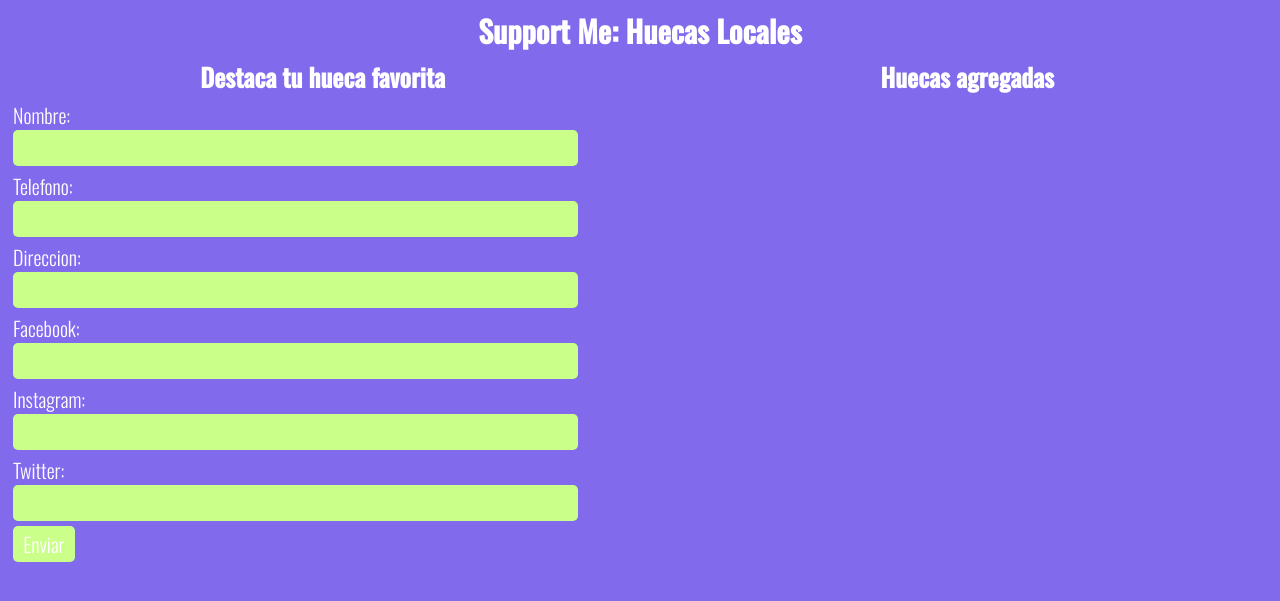
Repository: renzopachecoj/huecas-website
Page: index.html
An editor plug-in stored every save of this project. The page is shown before and after the next save, followed by the edit.
The browser window is 1280 px wide. The pictures show the whole page.

Above is the page before, as saved 2020-08-01 15:39:29.

After the next save:
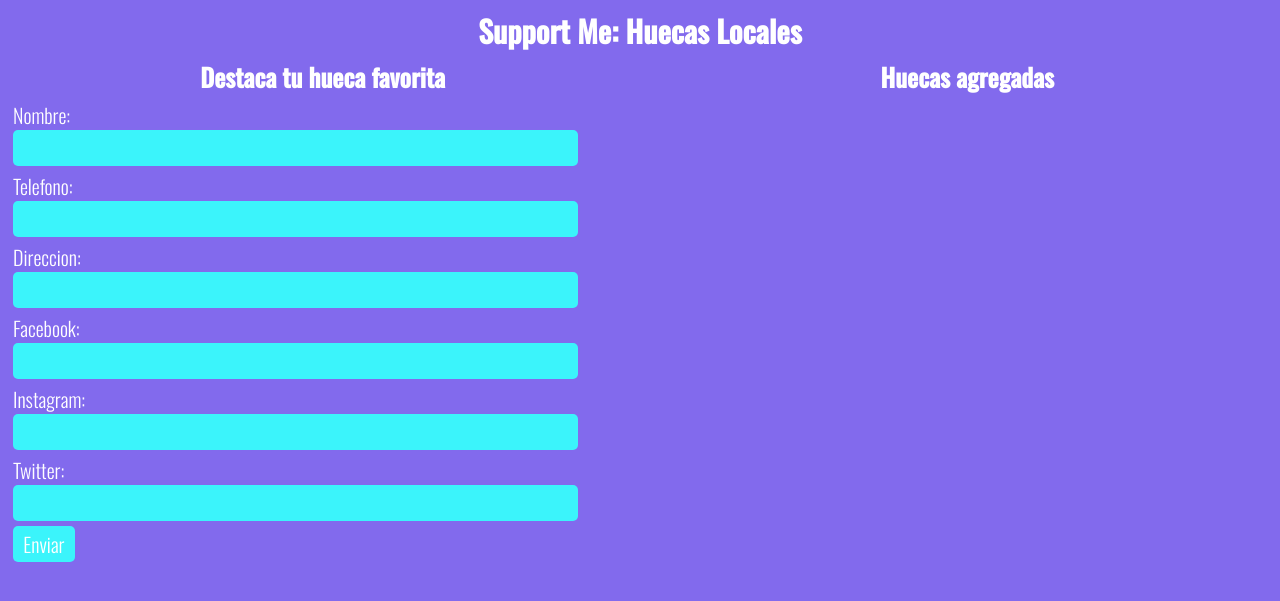
Saved 14 s later.
--- a/styles.css
+++ b/styles.css
@@ -40,7 +40,7 @@ input{
     width: 90%;
     border-radius: 5px;
     border-color: transparent;
-    background-color: #CAFF8A;
+    background-color: #3BF4FB;
     margin-bottom: 5px;
 }
 input[value="Enviar"]{
